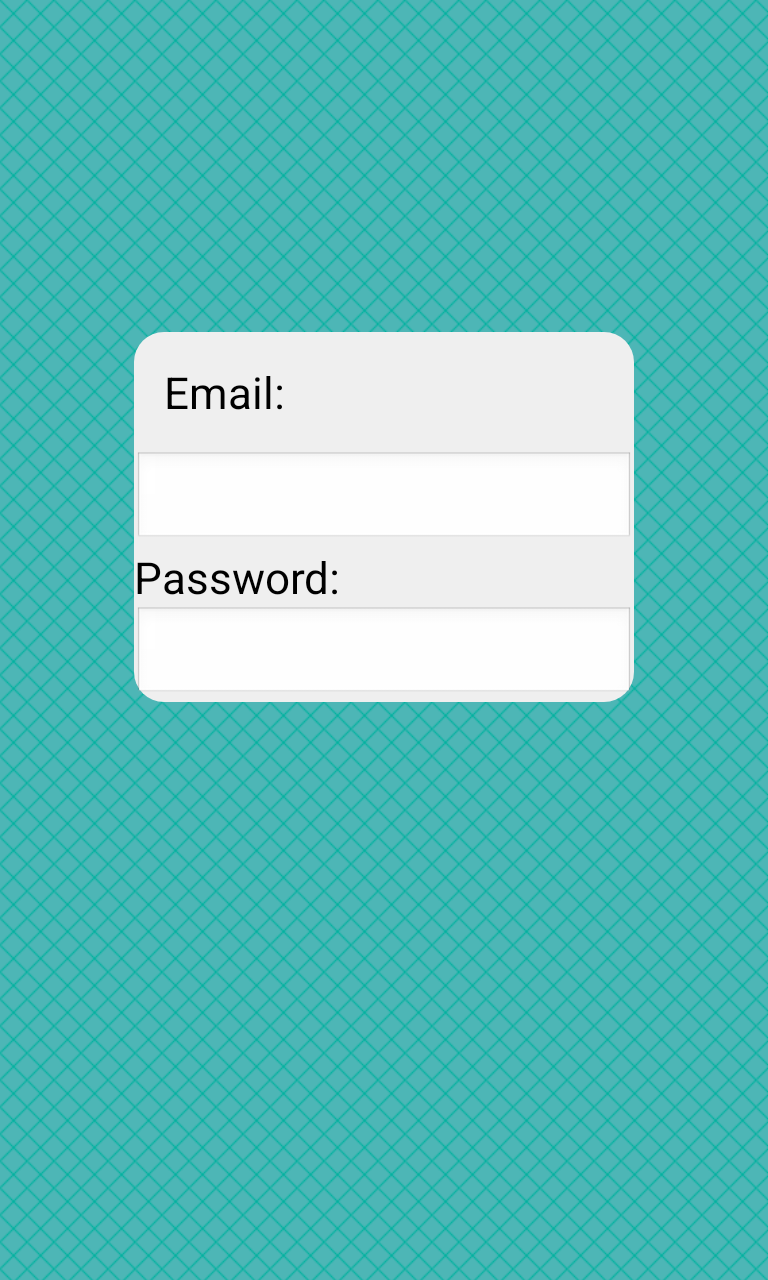
Repository: ppamorim/Coderock-X
Layout: workspace-Android/teste1/res/layout/activity_login.xml
These files come from the project's save history. The layout is drawn as it stood at one moment and after the next save; the edit follows.
It is drawn on a 768 x 1280 px phone screen (xhdpi) without system bars, with theme android:Theme.NoTitleBar; the app's code is not run.

Above is the layout before, as saved 2014-01-05 06:03:41.

After the next save:
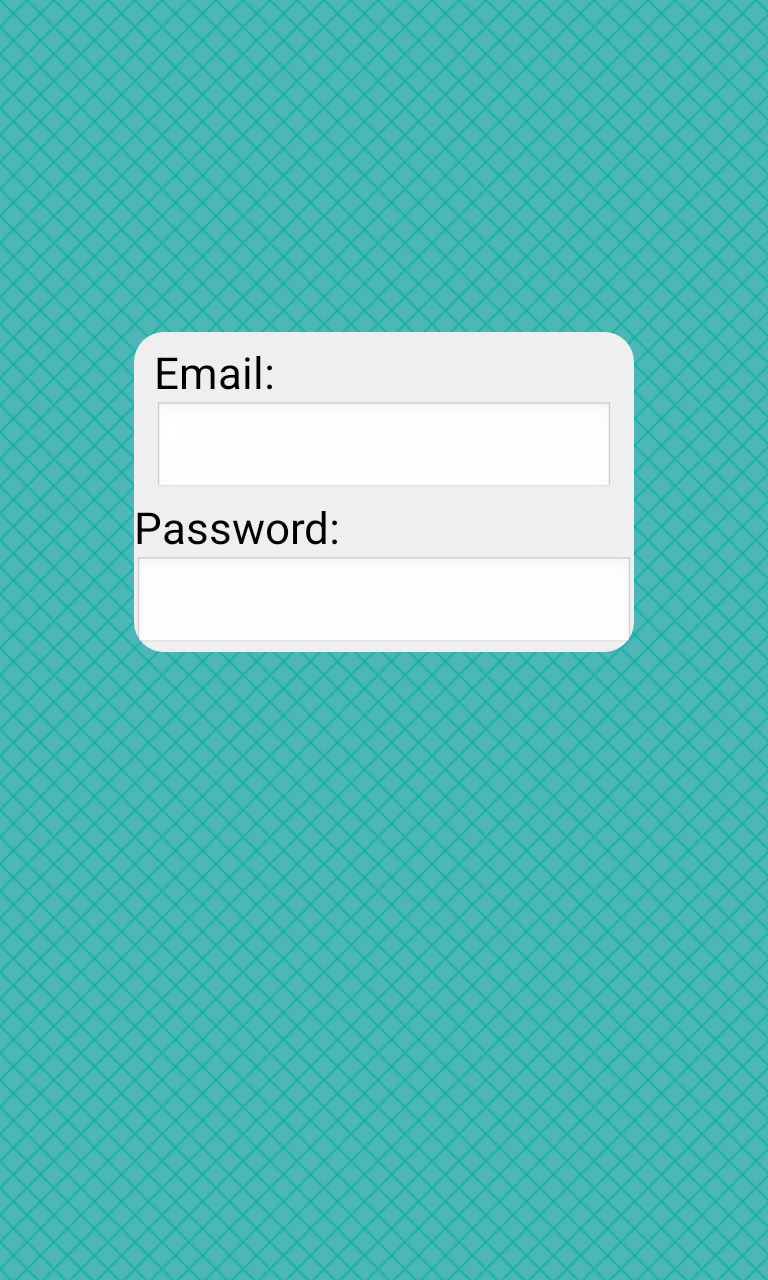
Saved 64 s later.
--- a/workspace-Android/teste1/res/layout/activity_login.xml
+++ b/workspace-Android/teste1/res/layout/activity_login.xml
@@ -38,13 +38,17 @@
                 android:layout_height="wrap_content"
                 android:text="@string/Email"
                 android:textColor="#000"
-                android:layout_margin="15dp"
+                android:layout_marginTop="5dp"
+                android:layout_marginLeft="10dp"
+            	android:layout_marginRight="10dp"
                 android:textAppearance="?android:attr/textAppearanceLarge" />
 
             	<EditText
             	android:id="@+id/editText1"
             	android:layout_width="match_parent"
             	android:layout_height="wrap_content"
+            	android:layout_marginLeft="10dp"
+            	android:layout_marginRight="10dp"
             	android:ems="10" />
 
             <TextView
